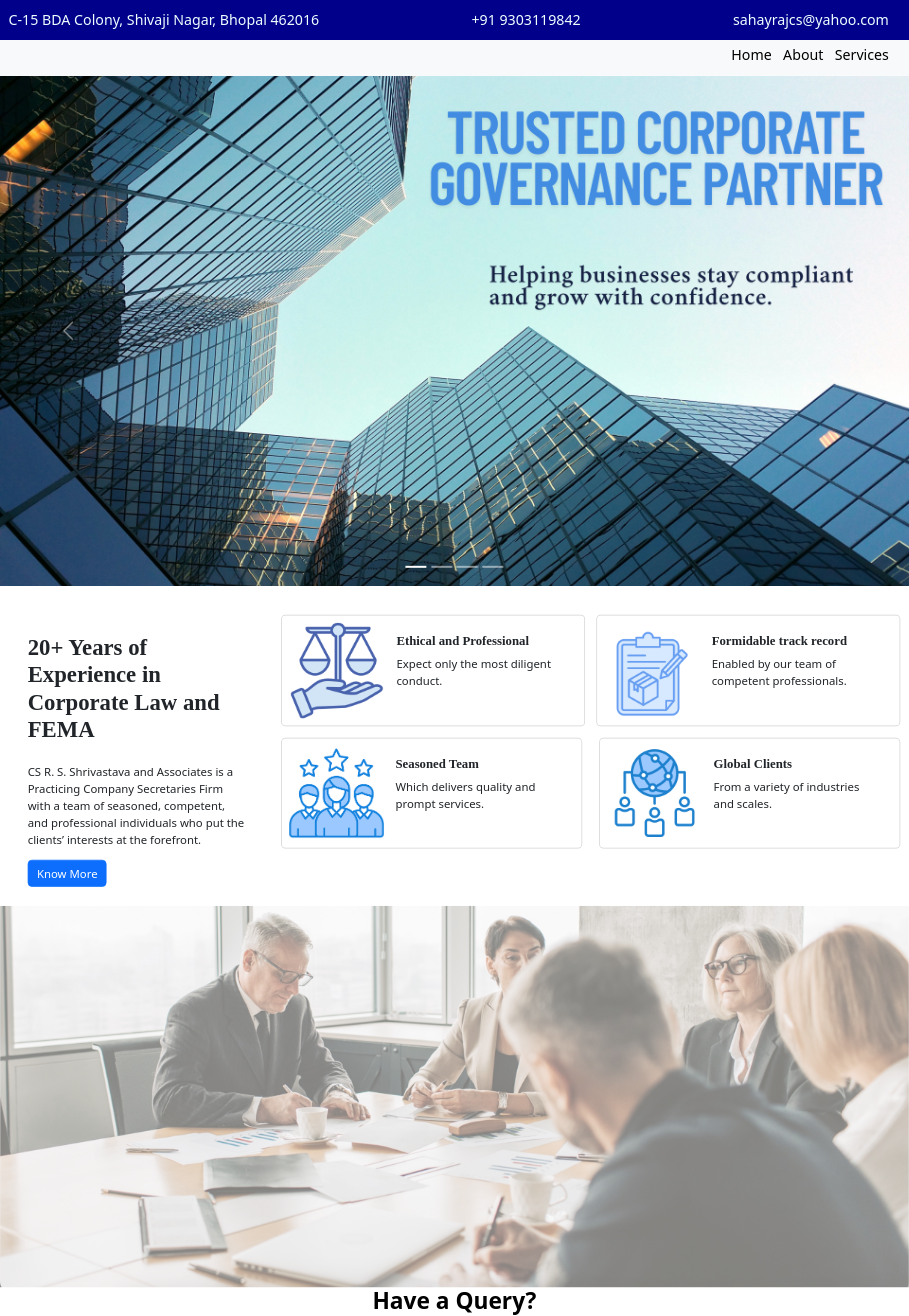
Repository: aayushiss/CS-RSS
Page: index.html
These files come from the project's save history. The page is drawn as it stood at one moment and after the next save; the edit follows.
The browser window is 1280 px wide. The pictures show the whole page, at 71% of full size.

Above is the page before, as saved 2025-05-15 18:43:52.

After the next save:
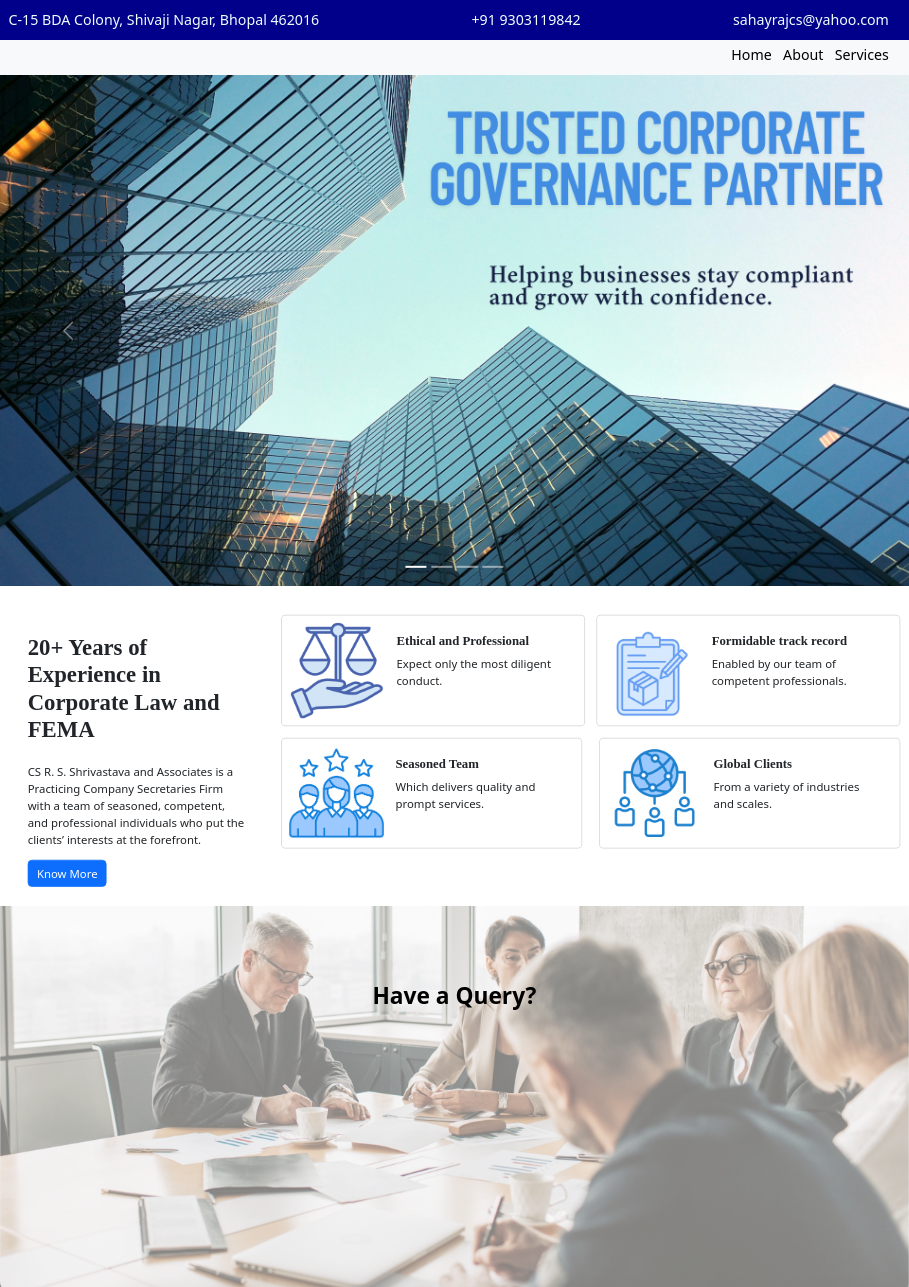
Saved 91 s later.
--- a/index.html
+++ b/index.html
@@ -157,7 +157,7 @@
 
       <div class="position-relative text-center">
       <img src="images/haveAQuery.jpg" class="img-fluid" alt="..." style="opacity: .5;">
-      <h2 class="position-absolute top-10 start-50 translate-middle-x text-black fw-bold">
+      <h2 class="position-absolute start-50 translate-middle-x text-black fw-bold" style="top: 20%;">
         Have a Query?
       </h2>
     </div>
